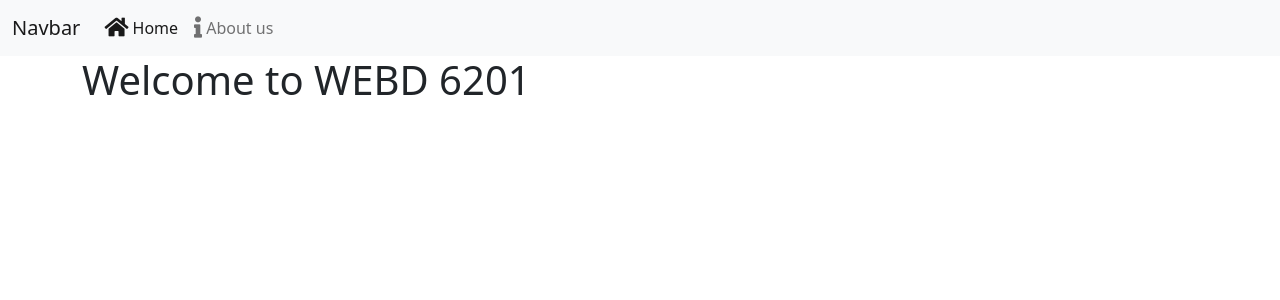
Repository: Hasib001/WEBD6201---W2021---ICE-1
Page: index.html
An editor plug-in stored every save of this project. The page is shown before and after the next save, followed by the edit.
The browser window is 1280 px wide. The pictures show the whole page.

Above is the page before, as saved 2021-01-22 21:45:42.

### index.html
<!DOCTYPE html>
<html lang="en">
<head>
    <meta charset="UTF-8">
    <meta name="viewport" content="width=device-width, initial-scale=1.0">
    <title>WEBD6201 - W2021 - ICE 1</title>
    <!--CSS Section -->
    <link rel="stylesheet" href="./node_modules/bootstrap/dist/css/bootstrap.min.css">
    <link rel="stylesheet" href="./node_modules/@fortawesome/fontawesome-free/css/all.css">
    <link rel="stylesheet" href="./Content/app.css" >
</head>
<body>

    <header>
        <nav class="navbar navbar-expand-lg navbar-light bg-light">
            <div class="container-fluid">
              <a class="navbar-brand" href="#">Navbar</a>
              <button class="navbar-toggler" type="button" data-bs-toggle="collapse" data-bs-target="#navbarSupportedContent" aria-controls="navbarSupportedContent" aria-expanded="false" aria-label="Toggle navigation">
                <span class="navbar-toggler-icon"></span>
              </button>
              <div class="collapse navbar-collapse" id="navbarSupportedContent">
                <ul class="navbar-nav me-auto mb-2 mb-lg-0">
                  <li class="nav-item">
                    <a class="nav-link active" aria-current="page" href="#"><i class="fas fa-home fa-lg"></i> Home</a>
                  </li>

                  <li class="nav-item">
                    <a class="nav-link" aria-current="page" href="#"><i class="fas fa-info fa-lg"></i> About us</a>
                  </li>


                </ul>

              </div>
            </div>
          </nav>

    </header>

    <div>
        <main class="container">
            <h1>Welcome to WEBD 6201</h1>
        </main>
    </div>

    <footer>

    </footer>


    <!--JAvascript section-->
    <script src="./node_modules/jquery/dist/jquery.min.js"></script>
    <script src="./node_modules/bootstrap/dist/js/bootstrap.bundle.min.js"></script>
    <script src="./Scripts/app.js" > </script>

</body>
</html>

### Content/app.css
/* css code goes here */

### Scripts/app.js
/* custom javaScript code goes here */

//IIFE - Immediately Invoked Function Expression
//AKA
//closure

(function()
{
    function Start()
    {
        console.log("App Started...");
    }

    window.addEventListener("load",Start);
}

)();

Loaded but not shown: node_modules/bootstrap/dist/css/bootstrap.min.css (library); node_modules/@fortawesome/fontawesome-free/css/all.css (library); node_modules/jquery/dist/jquery.min.js (library); node_modules/bootstrap/dist/js/bootstrap.bundle.min.js (library)

After the next save:
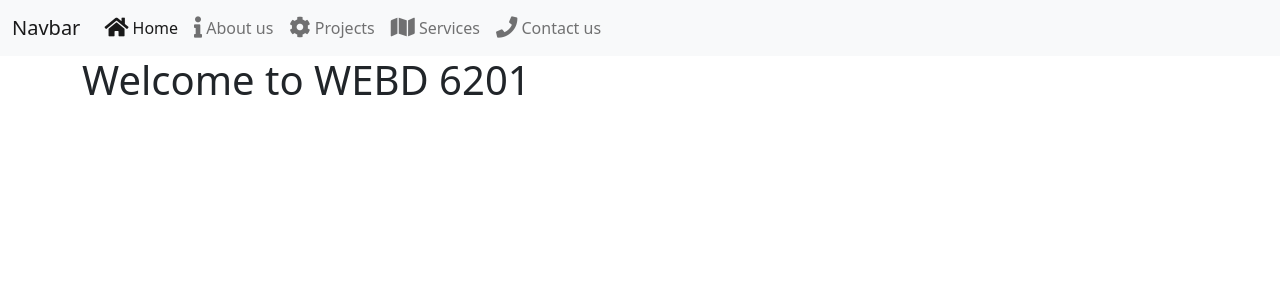
Saved 8 min 32 s later.
--- a/index.html
+++ b/index.html
@@ -28,6 +28,17 @@
                     <a class="nav-link" aria-current="page" href="#"><i class="fas fa-info fa-lg"></i> About us</a>
                   </li>
 
+                  <li class="nav-item">
+                    <a class="nav-link" aria-current="page" href="#"><i class="fas fa-cog fa-lg"></i> Projects</a>
+                  </li>
+
+                  <li class="nav-item">
+                    <a class="nav-link" aria-current="page" href="#"><i class="fas fa-map fa-lg"></i> Services</a>
+                  </li>
+
+                  <li class="nav-item">
+                    <a class="nav-link" aria-current="page" href="#"><i class="fas fa-phone fa-lg"></i> Contact us</a>
+                  </li>
 
                 </ul>
 
